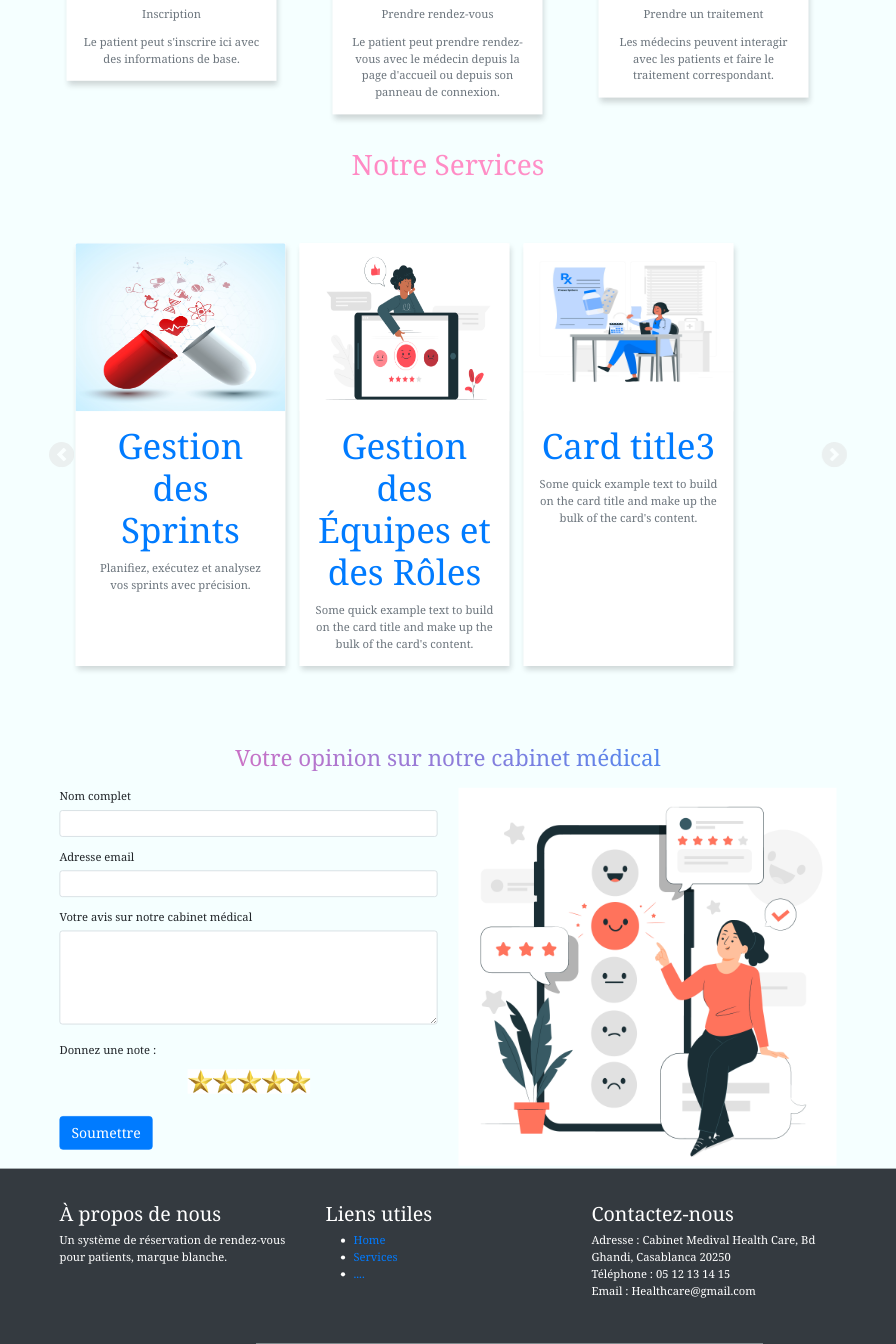
Repository: SalmaElhaou/Scrum-Project
Page: http://localhost/
These files come from the project's save history. The page is drawn as it stood at one moment and after the next save; the edit follows.
The browser window is 1280 px wide. The pictures show the part of the page from y = 1448 to 3368 px (the page is 3368 px tall before and 3344 px after), at 70% of full size.
Some web libraries are served in a nearby version. The page is served by the project's Laravel application, run on PHP 8.4 with Laravel 10.

Above is the page before, as saved 2025-02-01 22:12:37.
Console error: TypeError: Cannot read properties of null (reading 'addEventListener')

After the next save:
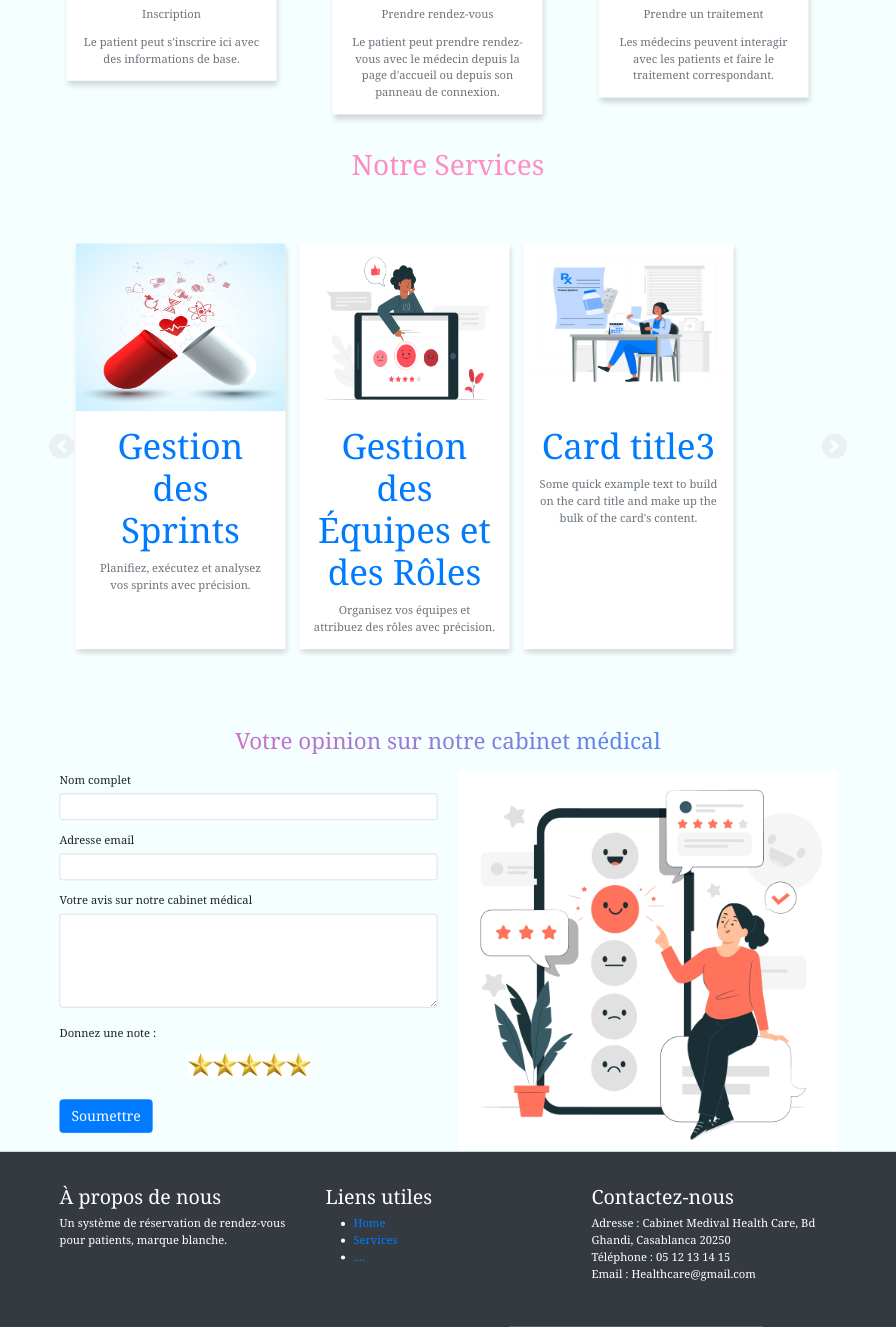
Saved 14 s later.
--- a/resources/views/welcome.blade.php
+++ b/resources/views/welcome.blade.php
@@ -513,7 +513,7 @@
               <img src="img/2968304.jpg" class="card-img-top" alt="...">
               <div class="card-body">
                 <h5 class="card-title">Gestion des Équipes et des Rôles</h5>
-                <p class="card-text">Some quick example text to build on the card title and make up the bulk of the card's content.</p>
+                <p class="card-text">Organisez vos équipes et attribuez des rôles avec précision.</p>
 
               </div>
             </div>
